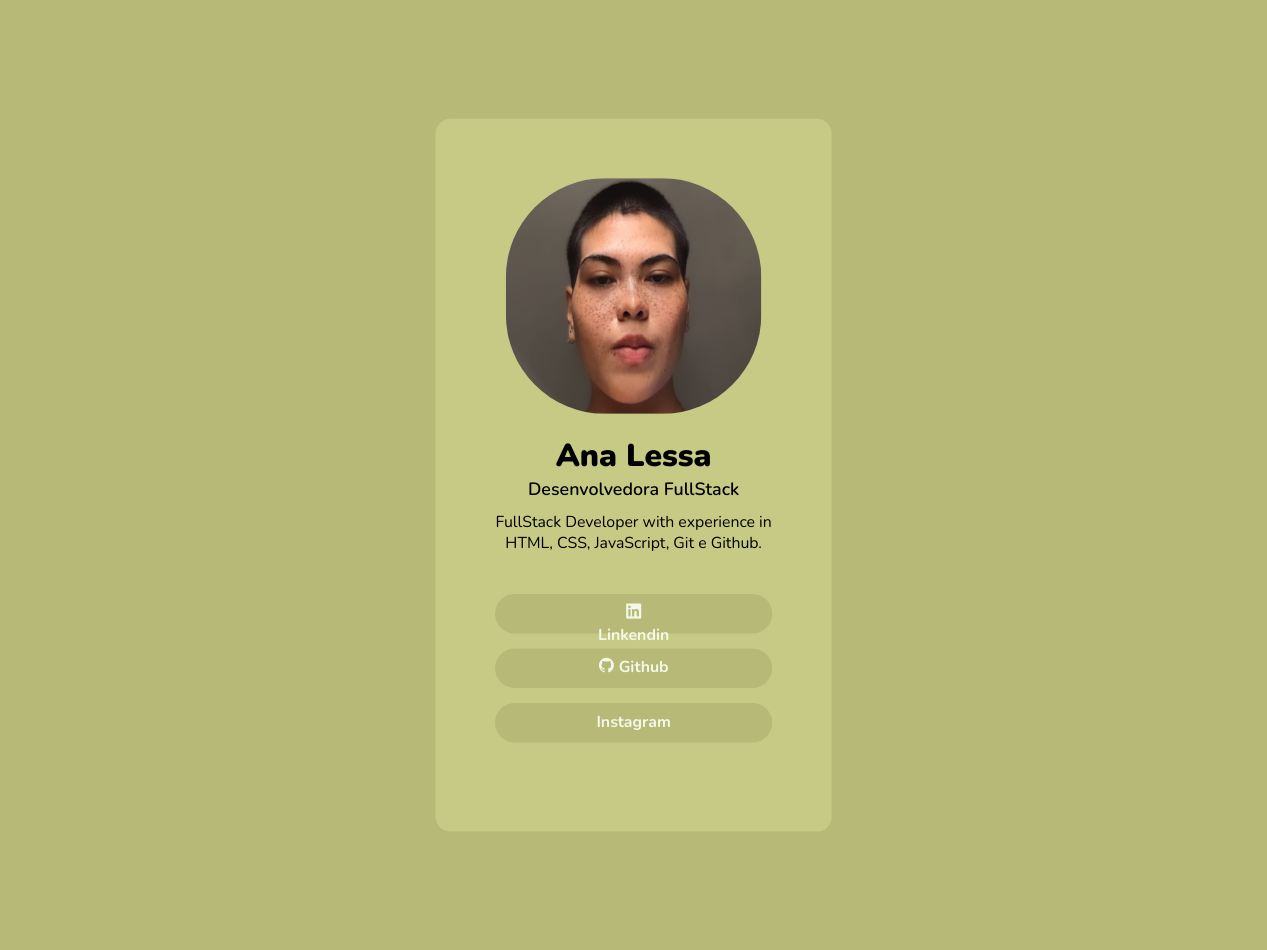
Repository: analessp/linktree
Page: index.html
The author's editor kept a copy of each file at every save. The page is drawn from the files as they stood at one save, then again after a run of saves.
The browser window is 1280 px wide. The pictures show the whole page, at 99% of full size.

Above is the page before, as saved 2025-04-11 10:36:16.

After the next 3 saves:
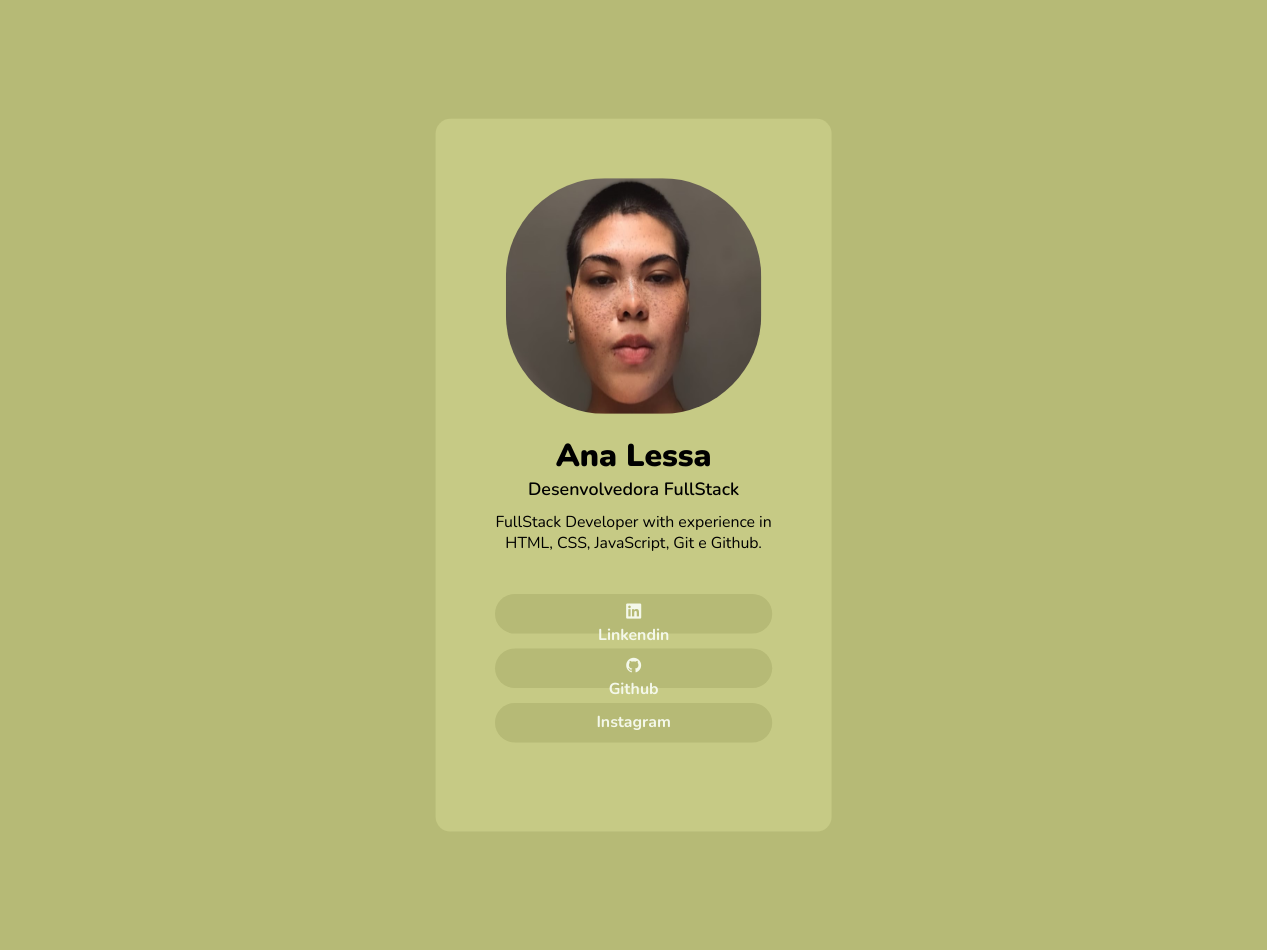
The 3 saves are shown as one change because they came seconds apart.
The last was saved 11 s later.
--- a/index.html
+++ b/index.html
@@ -33,8 +33,7 @@
             <a href="https://github.com/analessp" target="_blank">
             <li>
             <i class="devicon-github-original"></i>
-
-                Github</li></a>
+            <p></p>Github</li></a>
             <a href="https://www.instagram.com/analessp/" target="_blank">
             <li>Instagram</li></a>
         </ul>
